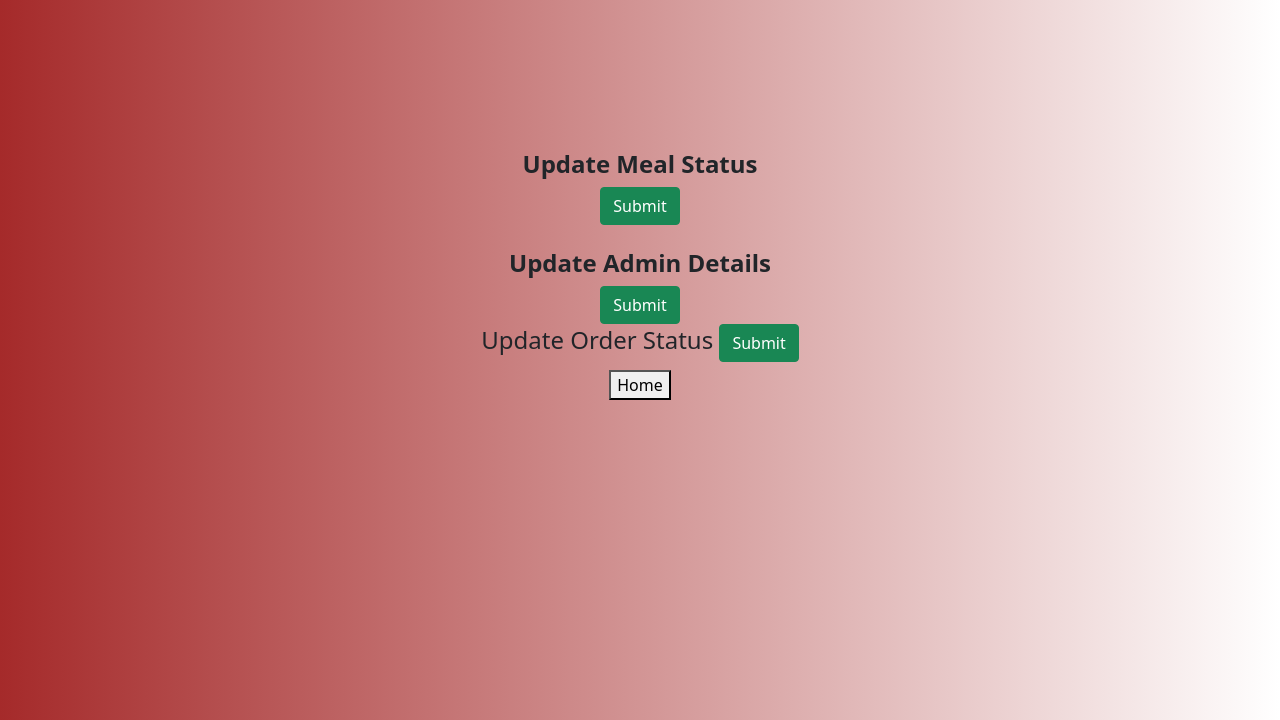
Repository: selvakumar46/Project-Maven
Page: http://localhost/ProjectKFC/Update.jsp
These files come from the project's save history. The page is drawn as it stood at one moment and after the next save; the edit follows.
The browser window is 1280 px wide. The pictures show the whole page.
The page is served by Tomcat 9. Nobody is signed in. The application's start-up code is not run. Other server files are loaded and not shown.

Above is the page before, as saved 2022-01-10 11:24:56.

### ProjectKFC/src/main/webapp/Update.jsp
<%@ page language="java" contentType="text/html; charset=ISO-8859-1"
	pageEncoding="ISO-8859-1"%>
<!DOCTYPE html>
<html>
<head>
<meta charset="ISO-8859-1">
<title>Update Admin</title>
<link href="https://cdn.jsdelivr.net/npm/bootstrap@5.1.3/dist/css/bootstrap.min.css" rel="stylesheet">
  <script src="https://cdn.jsdelivr.net/npm/bootstrap@5.1.3/dist/js/bootstrap.bundle.min.js"></script>
<style>
body {
	background:linear-gradient(to right,brown,white);
}

.container {
	margin-top: 150px;
}
</style>

</head>
<body>
	<center class="container">
		<div>
			<form action="StatusUpdate.jsp" method="post">
				<h4><b>Update Meal Status</b></h4>
				<button type="submit" class="btn btn-success">Submit </button>
			</form> <br>
		</div>
		<div>
			<form action="" method="post">
				<h4><b>Update Admin Details</b> </h4>
				<button type="submit" class="btn btn-success">Submit </button>
			</form>
		</div>
		<div>
			<form action="OrderStatus" >
				<h4>Update Order Status
				<button type="submit" class="btn btn-success">Submit </button>	</h4>
			</form>
		</div>
		<a href="AdminPage.jsp"><button type="submit" >Home</button> </a>
	</center>
</body>
</html>

After the next save:
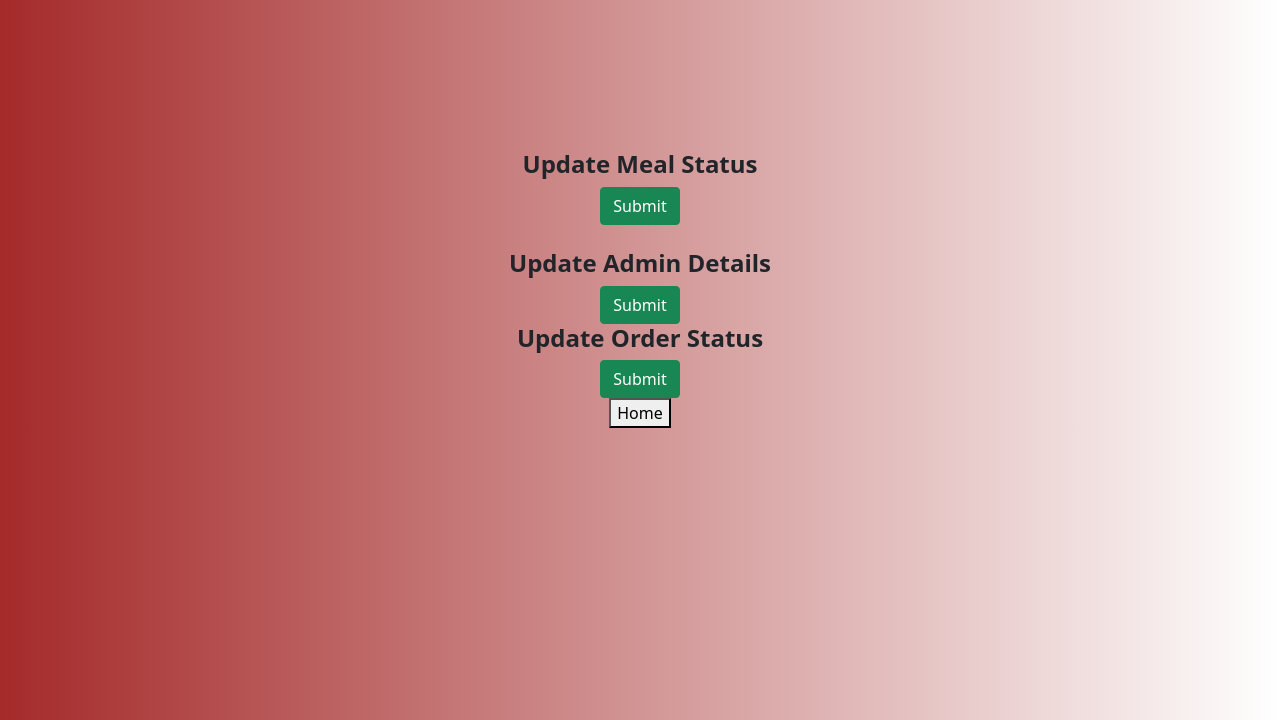
Saved 26 s later.
--- a/ProjectKFC/src/main/webapp/Update.jsp
+++ b/ProjectKFC/src/main/webapp/Update.jsp
@@ -34,8 +34,8 @@
 		</div>
 		<div>
 			<form action="OrderStatus" >
-				<h4>Update Order Status
-				<button type="submit" class="btn btn-success">Submit </button>	</h4>
+				<h4><b>Update Order Status</b></h4>
+				<button type="submit" class="btn btn-success">Submit </button>
 			</form>
 		</div>
 		<a href="AdminPage.jsp"><button type="submit" >Home</button> </a>
